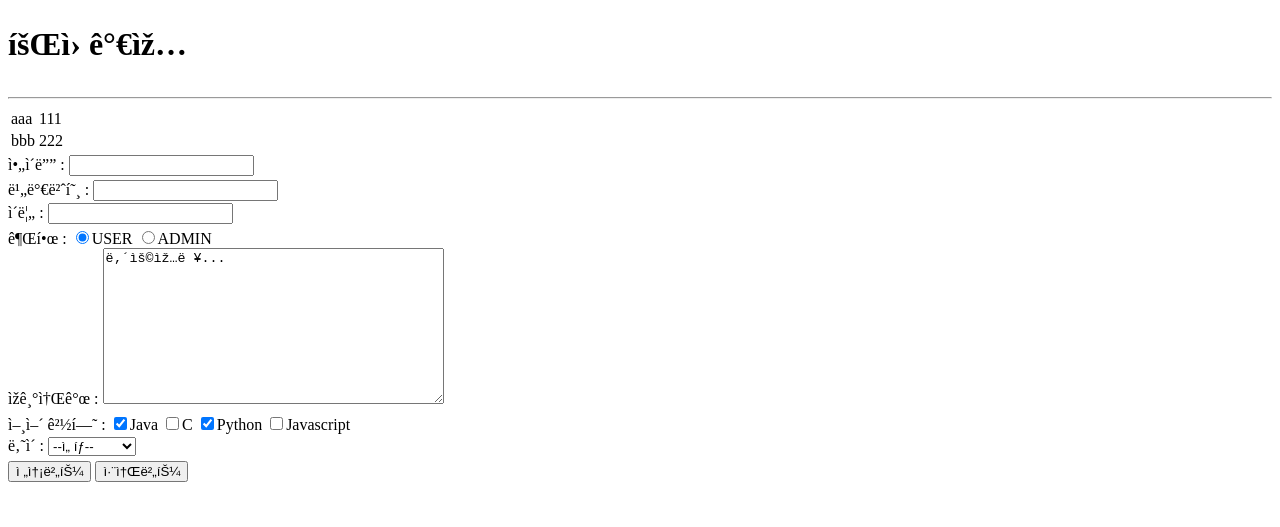
Repository: serim53/JSPStudy
Page: http://localhost/BoardWeb_JSP_/insertUserView.do
An editor plug-in stored every save of this project. The page is shown before and after the next save, followed by the edit.
The browser window is 1280 px wide. The pictures show the whole page.
The page is served by Tomcat 10. Other server files are loaded and not shown.

Above is the page before, as saved 2025-07-08 05:00:15.

### BoardWeb(JSP)/src/main/webapp/WEB-INF/board/insertUser.jsp
<!DOCTYPE html PUBLIC "-//W3C//DTD HTML 4.01 Transitional//EN" "http://www.w3.org/TR/html4/loose.dtd">
<html>
<head>
<meta http-equiv="Content-Type" content="text/html; charset=UTF-8">
<title>회원가입</title>
</head>
<body>
<h1>회원 가입</h1>
<hr>
<form action="insertUser.do" method="get">

<table>
	<tr><td>aaa</td><td>111</td></tr>
	<tr><td>bbb</td><td>222</td></tr>
</table>
아이디 : <input type="text" size="20"/><br>
비밀번호 : <input type="password" size="20"/><br>
이름 : <input type="text"/><br>
권한 : <input name="role" type="radio" checked/>USER
      <input name="role" type="radio"/>ADMIN<br>
자기소개 : <textarea rows="10" cols="40">내용입력...</textarea><br>
언어 경험 : <input type="checkbox" checked/>Java
		  <input type="checkbox"/>C
		  <input type="checkbox" checked/>Python
		  <input type="checkbox"/>Javascript<br>
나이 : <select>
		<option>--선택--
		<option>10대
		<option>20대
		<option>30대
		<option>40대
		<option>50대
		<option>60대 이상
	  </select><br>
<input type="submit" value="전송버튼"/>
<input type="reset" value="취소버튼"/>
</form>
</body>
</html>

### BoardWeb(JSP)/src/main/java/com/multicampus/web/DispatcherServlet.java
package com.multicampus.web;

import java.io.IOException;
import java.util.List;

import com.multicampus.biz.board.BoardDAO;
import com.multicampus.biz.board.BoardVO;
import com.multicampus.biz.user.UserDAO;
import com.multicampus.biz.user.UserVO;

import jakarta.servlet.RequestDispatcher;
import jakarta.servlet.ServletConfig;
import jakarta.servlet.ServletException;
import jakarta.servlet.annotation.WebServlet;
import jakarta.servlet.http.HttpServlet;
import jakarta.servlet.http.HttpServletRequest;
import jakarta.servlet.http.HttpServletResponse;
import jakarta.servlet.http.HttpSession;

@WebServlet(urlPatterns = { "*.do" })
public class DispatcherServlet extends HttpServlet {
	private static final long serialVersionUID = 1L;

	private HandlerMapping handlerMapping;
	private ViewResolver viewResolver;

	public void init(ServletConfig config) throws ServletException {
		handlerMapping = new HandlerMapping();
		viewResolver = new ViewResolver("/WEB-INF/board/", ".jsp");
	}

	protected void service(HttpServletRequest request, HttpServletResponse response) throws ServletException, IOException {
		// 1. 브라우저의 요청 path 정보를 추출한다.
		String uri = request.getRequestURI();
		String path = uri.substring(uri.lastIndexOf("/"));
		System.out.println(path);

		// 2. HandlerMapping을 통해 요청을 처리할 Controller를 검색한다.
		Controller ctrl = handlerMapping.getController(path);

		// 3. 검색한 Controller를 실행한다.
		String viewName = ctrl.handleRequest(request, response);

		// 4. Controller가 리턴한 View 이름을 기반으로 이동할 화면 경로를 완성한다.
		String view = null;
		if(!viewName.contains(".do")) {
			if(viewName.equals("index")) {
				view = viewName + ".jsp";
			} else {
				view = viewResolver.getView(viewName);
			}
		} else {
			view = viewName;
		}

		// 5. 화면 이동한다.
		RequestDispatcher rd = request.getRequestDispatcher(view);
		rd.forward(request, response);
	}

}

### BoardWeb(JSP)/src/main/java/com/multicampus/web/Controller.java
package com.multicampus.web;

import jakarta.servlet.http.HttpServletRequest;
import jakarta.servlet.http.HttpServletResponse;

public interface Controller {

	String handleRequest(HttpServletRequest request, HttpServletResponse response);

}

### BoardWeb(JSP)/src/main/java/com/multicampus/web/user/InsertUserViewController.java
package com.multicampus.web.user;

import com.multicampus.web.Controller;

import jakarta.servlet.http.HttpServletRequest;
import jakarta.servlet.http.HttpServletResponse;

public class InsertUserViewController implements Controller {

	@Override
	public String handleRequest(HttpServletRequest request, HttpServletResponse response) {
		System.out.println("회원가입 화면으로 이동");

		return "insertUser";
	}

}

### BoardWeb(JSP)/src/main/java/com/multicampus/web/user/InsertUserController.java
package com.multicampus.web.user;

import com.multicampus.biz.user.UserDAO;
import com.multicampus.biz.user.UserVO;
import com.multicampus.web.Controller;

import jakarta.servlet.http.HttpServletRequest;
import jakarta.servlet.http.HttpServletResponse;

public class InsertUserController implements Controller {

	@Override
	public String handleRequest(HttpServletRequest request, HttpServletResponse response) {
		System.out.println("회원 가입 기능 처리");

		// 1. 사용자 입력정보 추출
		String id = request.getParameter("id");
		String password = request.getParameter("password");
		String name = request.getParameter("name");
		String role = request.getParameter("role");

		// 2. DB 연동 처리
		UserVO vo = new UserVO();
		vo.setId(id);
		vo.setPassword(password);
		vo.setName(name);
		vo.setRole(role);

		UserDAO dao = new UserDAO();
		dao.insertUser(vo);

		// 3. 화면 이동
		return "index";
	}

}

### BoardWeb(JSP)/src/main/java/com/multicampus/web/user/LoginViewController.java
package com.multicampus.web.user;

import com.multicampus.web.Controller;

import jakarta.servlet.http.HttpServletRequest;
import jakarta.servlet.http.HttpServletResponse;

public class LoginViewController implements Controller {

	@Override
	public String handleRequest(HttpServletRequest request, HttpServletResponse response) {
		System.out.println("로그인 화면으로 이동");

		return "login";
	}

}

### BoardWeb(JSP)/src/main/java/com/multicampus/web/user/LoginController.java
package com.multicampus.web.user;

import com.multicampus.biz.user.UserDAO;
import com.multicampus.biz.user.UserVO;
import com.multicampus.web.Controller;

import jakarta.servlet.http.HttpServletRequest;
import jakarta.servlet.http.HttpServletResponse;
import jakarta.servlet.http.HttpSession;

public class LoginController implements Controller {

	@Override
	public String handleRequest(HttpServletRequest request, HttpServletResponse response) {
		System.out.println("로그인 기능 처리");

		// 1. 사용자 입력정보 추출
		String id = request.getParameter("id");
		String password = request.getParameter("password");

		// 2. DB 연동 처리
		UserVO vo = new UserVO();
		vo.setId(id);
		vo.setPassword(password);

		UserDAO dao = new UserDAO();
		UserVO user = dao.getUser(vo);

		// 3. 화면 이동
		if(user != null) {
			// 로그인 성공
			HttpSession session = request.getSession();
			session.setAttribute("user", user);
			return "getBoardList.do";
		} else {
			// 로그인 실패
			return "loginView.do";
		}

	}

}

### BoardWeb(JSP)/src/main/java/com/multicampus/web/user/LogoutController.java
package com.multicampus.web.user;

import com.multicampus.web.Controller;

import jakarta.servlet.http.HttpServletRequest;
import jakarta.servlet.http.HttpServletResponse;
import jakarta.servlet.http.HttpSession;

public class LogoutController implements Controller {

	@Override
	public String handleRequest(HttpServletRequest request, HttpServletResponse response) {
		System.out.println("로그아웃 기능 처리");

		// 로그아웃을 요청한 브라우저와 매핑된 세션을 강제로 종료한다.
		HttpSession session = request.getSession();
		session.invalidate();

		// 화면 이동
		return "index";

	}

}

### BoardWeb(JSP)/src/main/java/com/multicampus/web/board/InsertBoardViewController.java
package com.multicampus.web.board;

import com.multicampus.web.Controller;

import jakarta.servlet.http.HttpServletRequest;
import jakarta.servlet.http.HttpServletResponse;

public class InsertBoardViewController implements Controller {

	@Override
	public String handleRequest(HttpServletRequest request, HttpServletResponse response) {
		System.out.println("글 등록 화면으로 이동");

		return "insertBoard";
	}

}

### BoardWeb(JSP)/src/main/java/com/multicampus/web/board/InsertBoardController.java
package com.multicampus.web.board;

import com.multicampus.biz.board.BoardDAO;
import com.multicampus.biz.board.BoardVO;
import com.multicampus.web.Controller;

import jakarta.servlet.http.HttpServletRequest;
import jakarta.servlet.http.HttpServletResponse;

public class InsertBoardController implements Controller {

	@Override
	public String handleRequest(HttpServletRequest request, HttpServletResponse response) {
		System.out.println("글 등록 기능 처리");

		// 1. 사용자 입력정보 추출
		String title = request.getParameter("title");
		String writer = request.getParameter("writer");
		String content = request.getParameter("content");

		// 2. DB 연동 처리
		BoardVO vo = new BoardVO();
		vo.setTitle(title);
		vo.setWriter(writer);
		vo.setContent(content);

		BoardDAO dao = new BoardDAO();
		dao.insertBoard(vo);

		// 3. 화면 이동
		return "getBoardList.do";

	}

}

### BoardWeb(JSP)/src/main/java/com/multicampus/web/board/UpdateBoardController.java
package com.multicampus.web.board;

import com.multicampus.biz.board.BoardDAO;
import com.multicampus.biz.board.BoardVO;
import com.multicampus.web.Controller;

import jakarta.servlet.http.HttpServletRequest;
import jakarta.servlet.http.HttpServletResponse;

public class UpdateBoardController implements Controller {

	@Override
	public String handleRequest(HttpServletRequest request, HttpServletResponse response) {
		System.out.println("글 수정 기능 처리");

		// 1. 사용자 입력정보 추출
		String title = request.getParameter("title");
		String seq = request.getParameter("seq");
		String content = request.getParameter("content");

		// 2. DB 연동 처리
		BoardVO vo = new BoardVO();
		vo.setTitle(title);
		vo.setSeq(Integer.parseInt(seq));
		vo.setContent(content);

		BoardDAO dao = new BoardDAO();
		dao.updateBoard(vo);

		// 3. 화면 이동
		return "getBoardList.do";
	}

}

### BoardWeb(JSP)/src/main/java/com/multicampus/web/board/DeleteBoardController.java
package com.multicampus.web.board;

import com.multicampus.biz.board.BoardDAO;
import com.multicampus.biz.board.BoardVO;
import com.multicampus.web.Controller;

import jakarta.servlet.http.HttpServletRequest;
import jakarta.servlet.http.HttpServletResponse;

public class DeleteBoardController implements Controller {

	@Override
	public String handleRequest(HttpServletRequest request, HttpServletResponse response) {
		System.out.println("글 삭제 기능 처리");

		// 1. 사용자 입력정보 추출
		String seq = request.getParameter("seq");

		// 2. DB 연동 처리
		BoardVO vo = new BoardVO();
		vo.setSeq(Integer.parseInt(seq));

		BoardDAO dao = new BoardDAO();
		dao.deleteBoard(vo);

		// 3. 화면 이동
		return "getBoardList.do";
	}

}

### BoardWeb(JSP)/src/main/java/com/multicampus/web/board/GetBoardController.java
package com.multicampus.web.board;

import com.multicampus.biz.board.BoardDAO;
import com.multicampus.biz.board.BoardVO;
import com.multicampus.web.Controller;

import jakarta.servlet.http.HttpServletRequest;
import jakarta.servlet.http.HttpServletResponse;

public class GetBoardController implements Controller {

	@Override
	public String handleRequest(HttpServletRequest request, HttpServletResponse response) {
		System.out.println("글 상세 조회 기능 처리");

		// 1. 사용자 입력정보 추출
		String seq = request.getParameter("seq");

		// 2. DB 연동 처리
		BoardVO vo = new BoardVO();
		vo.setSeq(Integer.parseInt(seq));

		BoardDAO dao = new BoardDAO();
		BoardVO board = dao.getBoard(vo);

		// 3. Model(DAO)을 통해 검색한 데이터를 View(JSP)에서 사용할 수 있도록 request에 등록한다.
		request.setAttribute("board", board);

		// 4. 화면 이동
		return "getBoard";
	}

}

### BoardWeb(JSP)/src/main/java/com/multicampus/web/board/GetBoardListController.java
package com.multicampus.web.board;

import java.util.List;

import com.multicampus.biz.board.BoardDAO;
import com.multicampus.biz.board.BoardVO;
import com.multicampus.web.Controller;

import jakarta.servlet.http.HttpServletRequest;
import jakarta.servlet.http.HttpServletResponse;

public class GetBoardListController implements Controller {

	@Override
	public String handleRequest(HttpServletRequest request, HttpServletResponse response) {
		System.out.println("글 목록 검색 기능 처리");

		// 1. 사용자 입력정보 추출
		String condition = request.getParameter("condition");
		String keyword = request.getParameter("keyword");

		// null check
		if(condition == null) condition = "title";
		if(keyword == null) keyword = "";

		request.setAttribute("condition", condition);
		request.setAttribute("keyword", keyword);

		// 2. DB 연동 처리
		BoardVO vo = new BoardVO();
		vo.setCondition(condition);
		vo.setKeyword(keyword);

		BoardDAO dao = new BoardDAO();
		List<BoardVO> boardList = dao.getBoardList(vo);

		// 3. Model(DAO)을 이용하여 검색한 데이터를 View(JSP)에서 사용할 수 있도록 request에 등록한다.
		request.setAttribute("boardList", boardList);

		// 4. 화면 이동
		return "getBoardList";

	}

}

After the next save:
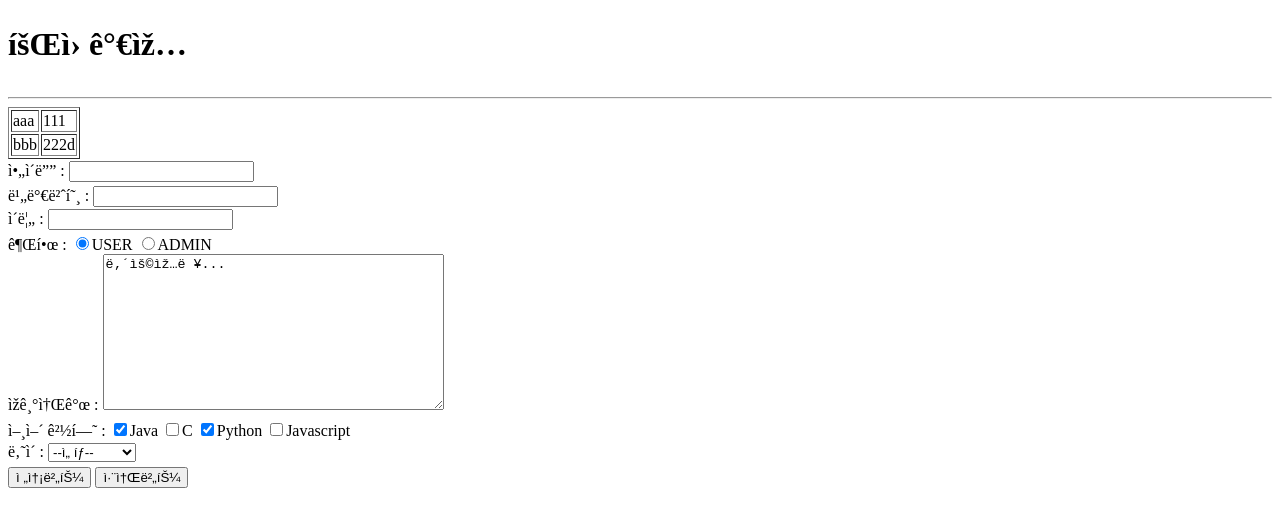
Saved 36 s later.
--- a/BoardWeb(JSP)/src/main/webapp/WEB-INF/board/insertUser.jsp
+++ b/BoardWeb(JSP)/src/main/webapp/WEB-INF/board/insertUser.jsp
@@ -9,9 +9,9 @@
 <hr>
 <form action="insertUser.do" method="get">
 
-<table>
+<table border="1">
 	<tr><td>aaa</td><td>111</td></tr>
-	<tr><td>bbb</td><td>222</td></tr>
+	<tr><td>bbb</td><td>222d</td></tr>
 </table>
 아이디 : <input type="text" size="20"/><br>
 비밀번호 : <input type="password" size="20"/><br>
